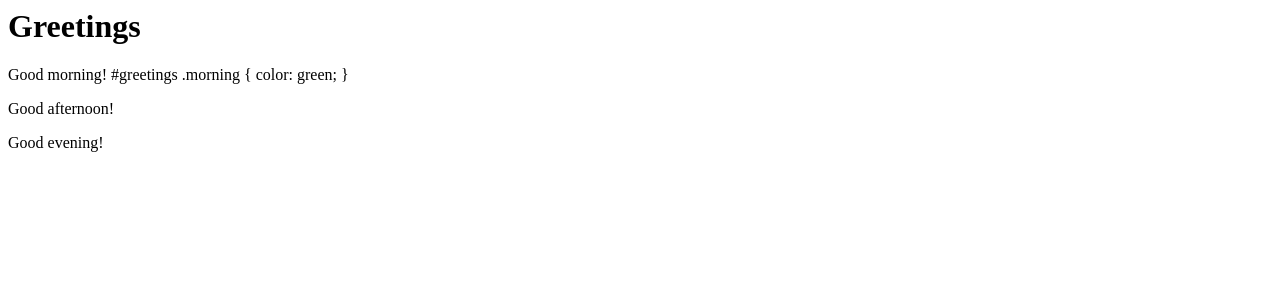
Repository: MomoeTeruya/microposts
Page: exam.html
The author's editor kept a record of every edit. The page is drawn from the files as they stood at one moment, then again after the next edit.
The browser window is 1280 px wide. The pictures show the whole page.

Above is the page before.

### exam.html
<html>
    <head>
        <meta charset="utf-8">
        <title>Greetings</title>
    </head>


  <body>
<h1>Greetings</h1>

  <div>
    <p>
    Good morning!
    #greetings .morning {
  color: green;
}
    </p>
    <p>
    Good afternoon!
    </p>
    <p>
    Good evening!
    </p>
  </div>
</body>
</html>

After the next edit:
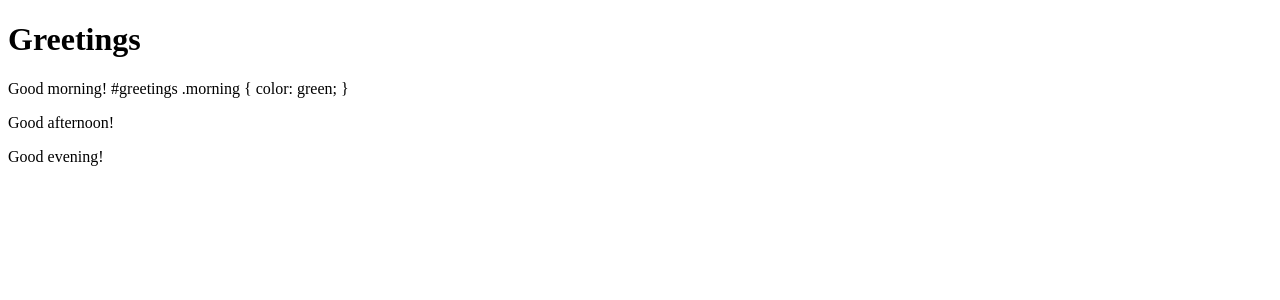
The edit:
--- a/exam.html
+++ b/exam.html
@@ -1,3 +1,4 @@
+<!DOCTYPE html>
 <html>
     <head>
         <meta charset="utf-8">
